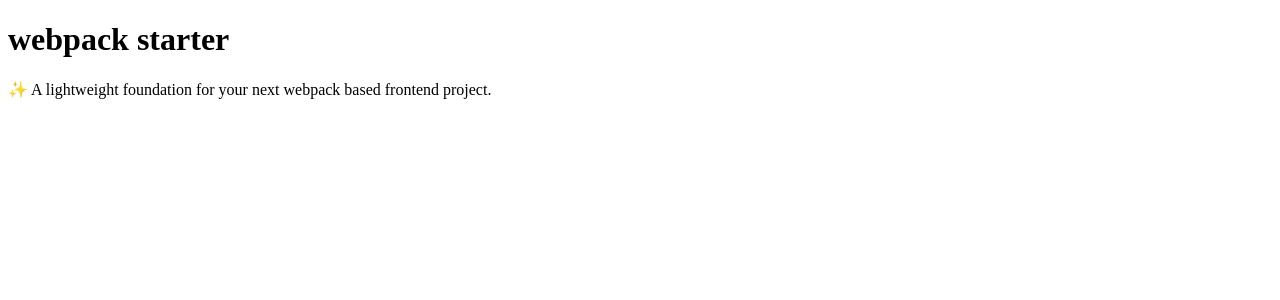
Repository: gabydevdev/webpack-starter
Page: src/index.html
An editor plug-in stored every save of this project. The page is shown before and after the next save, followed by the edit.
The browser window is 1280 px wide. The pictures show the whole page.

Above is the page before, as saved 2023-03-31 12:18:37.

After the next save:
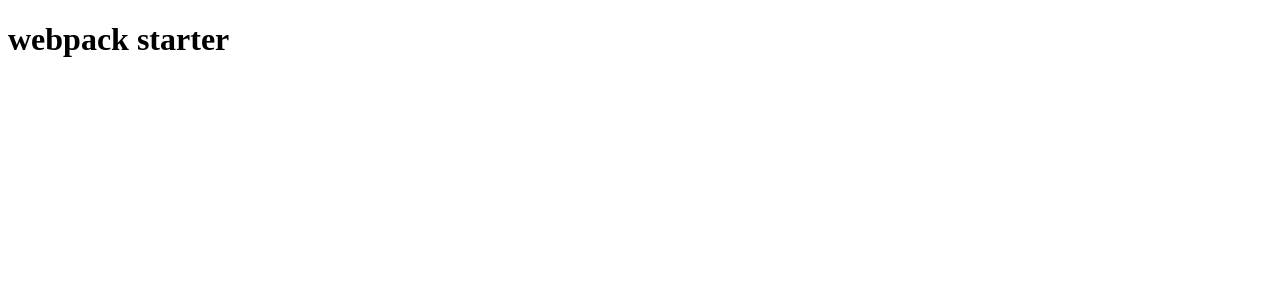
Saved 15 s later.
--- a/src/index.html
+++ b/src/index.html
@@ -8,6 +8,5 @@
 </head>
 <body>
   <h1>webpack starter</h1>
-  <p>✨ A lightweight foundation for your next webpack based frontend project.</p>
 </body>
 </html>

After the save that followed:
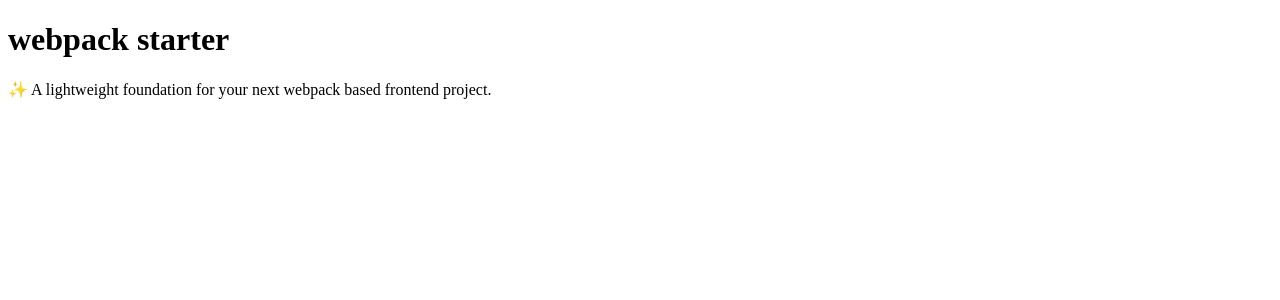
Saved 19 s later.
--- a/src/index.html
+++ b/src/index.html
@@ -3,10 +3,11 @@
 <head>
   <meta charset="UTF-8">
   <meta name="viewport" content="width=device-width, initial-scale=1">
-  <title></title>
+  <title>webpack starterkit</title>
   <meta name="description" content="A light foundation for your next frontend project based on webpack.">
 </head>
 <body>
   <h1>webpack starter</h1>
+  <p>✨ A lightweight foundation for your next webpack based frontend project.</p>
 </body>
 </html>
